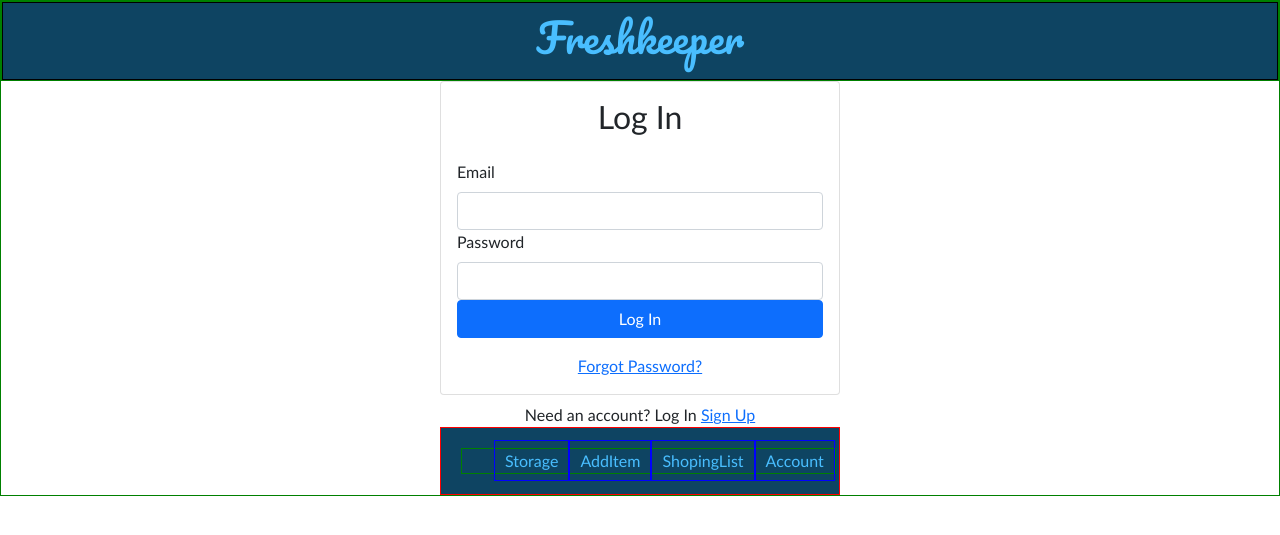
Repository: patrik-fredlund/freshkeeper-repo
Page: /
The author's editor kept a copy of each file at every save. The page is drawn from the files as they stood at one save, then again after the next save.
The browser window is 1280 px wide. The pictures show the whole page.
The project was rebuilt for these pictures with package versions that can differ from the ones it lists, and the page was loaded fresh each time. Also part of the build but not shown: src/components/Signup.js, src/components/Account.js, src/components/ForgotPassword.js, src/components/UpdateProfile.js, src/components/Storage.js, src/components/Shopinglist.js, src/components/AddItem.js.

Above is the page before, as saved 2021-10-15 22:58:45.

After the next save:
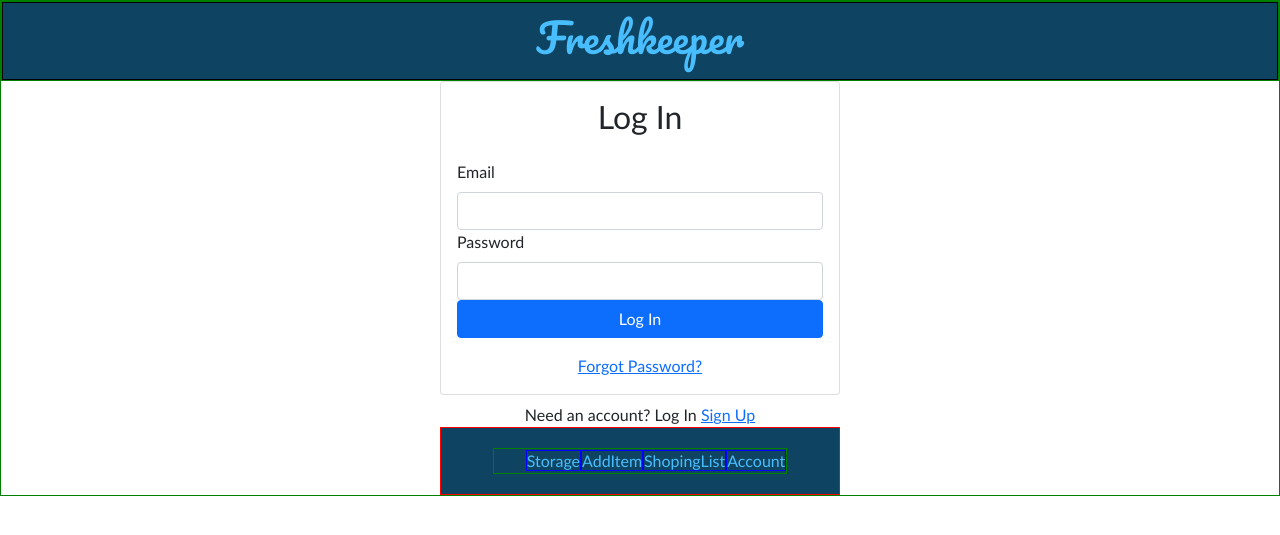
Saved 45 s later.
--- a/src/components/navbar/navbarStyles.js
+++ b/src/components/navbar/navbarStyles.js
@@ -6,7 +6,6 @@ export const NavbarStyles = styled.div`
   max-width: 400px;
   align-items: center;
   background-color: #0e4462;
-
   padding: 20px;
   position: relative;
   z-index: 99;
@@ -27,6 +26,6 @@ export const NavbarStyles = styled.div`
 
     text-decoration: none;
     border: 1px solid blue;
-    padding: 10px;
+    /* padding: 10px; */
   }
 `;
